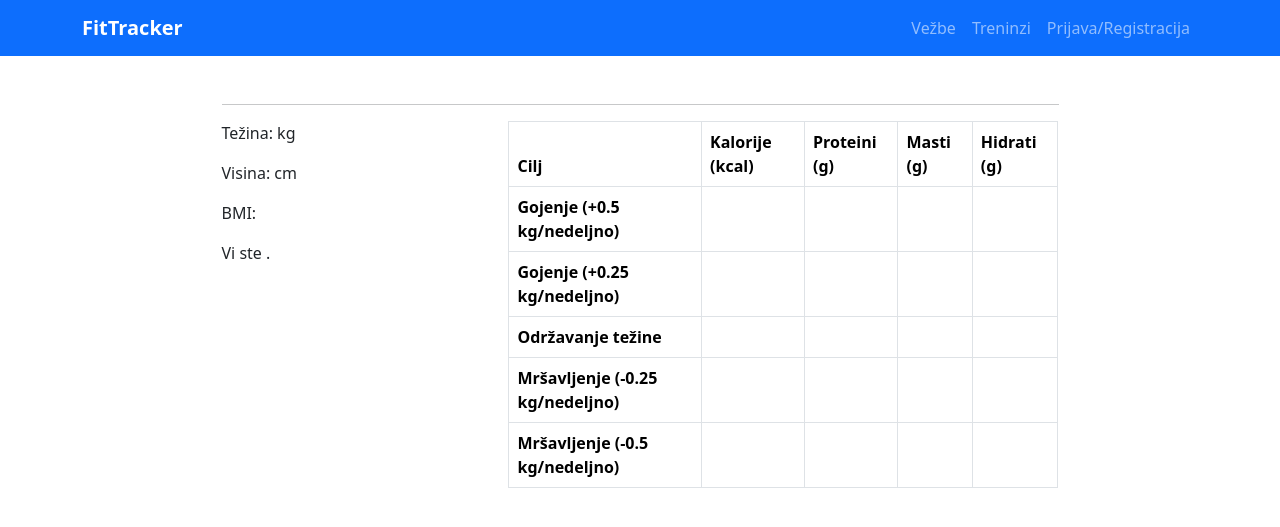
Repository: M1K1B/FitTracker
Page: http://localhost/FitTrackerWeb/profil.jsp
An editor plug-in stored every save of this project. The page is shown before and after a run of saves, followed by the edit.
The browser window is 1280 px wide. The pictures show the whole page.
The page is served by Tomcat 9. Other server files are loaded and not shown. The template is opened directly, without the code that normally fills it, so the values that code supplies are empty.

Above is the page before, as saved 2024-02-02 11:26:35.

### FitTrackerWeb/src/main/webapp/profil.jsp
<%@ page language="java" contentType="text/html; charset=UTF-8"
	pageEncoding="UTF-8"%>
<%@ taglib prefix="c" uri="http://java.sun.com/jsp/jstl/core"%>
<%@ taglib prefix="fn" uri="http://java.sun.com/jsp/jstl/functions"%>

<!DOCTYPE html>
<html>
<head>
<meta charset="UTF-8">
<meta name="viewport"
	content="width=device-width, initial-scale=1, shrink-to-fit=no">
<!-- Bootstrap CSS - Include the CSS file or use a CDN link -->
<link
	href="https://cdn.jsdelivr.net/npm/bootstrap@5.3.2/dist/css/bootstrap.min.css"
	rel="stylesheet"
	integrity="sha384-T3c6CoIi6uLrA9TneNEoa7RxnatzjcDSCmG1MXxSR1GAsXEV/Dwwykc2MPK8M2HN"
	crossorigin="anonymous">

<style>
.card {
	text-decoration: none;
}

.card:hover {
	background-color: #fafafa;
	cursor: pointer;
}
</style>
</head>
<body>
	<%@include file="header.jsp"%>

	<div class="container mt-5">
		<div class="col-9 mx-auto">
			<h3 class="h3">${ korisnik.ime } ${ korisnik.prezime }</h3>
			<p>${ korisnik.email }</p>
			<hr>
			<div class="row">
				<div class="col-4">
					<p>Težina: ${ korisnik.tezina } kg</p>
					<p>Visina: ${ korisnik.visina } cm</p>
					<p>BMI: ${ korisnik.bmi }</p>
					<p>Vi ste <span class="text-decoration-underline">${ korisnik.status }</span>.</p>
				</div>
				<div class="col-8">

					<table class="table table-bordered">
						<thead>
							<tr>
								<th scope="col">Cilj</th>
								<th scope="col">Kalorije (kcal)</th>
								<th scope="col">Proteini (g)</th>
								<th scope="col">Masti (g)</th>
								<th scope="col">Hidrati (g)</th>
							</tr>
						</thead>
						<tbody>
							<tr>
								<th scope="row">Gojenje (+0.5 kg/nedeljno)</th>
								<td>${ korisnik.macros[0][0] }</td>
								<td>${ korisnik.macros[0][1] }</td>
								<td>${ korisnik.macros[0][2] }</td>
								<td>${ korisnik.macros[0][3] }</td>
							</tr>
							<tr>
								<th scope="row">Gojenje (+0.25 kg/nedeljno)</th>
								<td>${ korisnik.macros[1][0] }</td>
								<td>${ korisnik.macros[1][1] }</td>
								<td>${ korisnik.macros[1][2] }</td>
								<td>${ korisnik.macros[1][3] }</td>
							</tr>
							<tr>
								<th scope="row">Održavanje težine</th>
								<td>${ korisnik.macros[2][0] }</td>
								<td>${ korisnik.macros[2][1] }</td>
								<td>${ korisnik.macros[2][2] }</td>
								<td>${ korisnik.macros[2][3] }</td>
							</tr>
							<tr>
								<th scope="row">Mršavljenje (-0.25 kg/nedeljno)</th>
								<td>${ korisnik.macros[3][0] }</td>
								<td>${ korisnik.macros[3][1] }</td>
								<td>${ korisnik.macros[3][2] }</td>
								<td>${ korisnik.macros[3][3] }</td>
							</tr>
							<tr>
								<th scope="row">Mršavljenje (-0.5 kg/nedeljno)</th>
								<td>${ korisnik.macros[4][0] }</td>
								<td>${ korisnik.macros[4][1] }</td>
								<td>${ korisnik.macros[4][2] }</td>
								<td>${ korisnik.macros[4][3] }</td>
							</tr>
						</tbody>
					</table>
				</div>
			</div>

		</div>
	</div>

	<!-- Your Content Goes Here -->
	<script
		src="https://cdn.jsdelivr.net/npm/bootstrap@5.3.2/dist/js/bootstrap.bundle.min.js"
		integrity="sha384-C6RzsynM9kWDrMNeT87bh95OGNyZPhcTNXj1NW7RuBCsyN/o0jlpcV8Qyq46cDfL"
		crossorigin="anonymous"></script>
</body>
</html>

### FitTrackerWeb/src/main/webapp/header.jsp
<%@ page language="java" contentType="text/html; charset=UTF-8"
	pageEncoding="UTF-8"%>
<!DOCTYPE html>
<html>
<head>
<meta charset="UTF-8">
<meta name="viewport"
	content="width=device-width, initial-scale=1, shrink-to-fit=no">
<!-- Bootstrap CSS - Include the CSS file or use a CDN link -->
<link
	href="https://cdn.jsdelivr.net/npm/bootstrap@5.3.2/dist/css/bootstrap.min.css"
	rel="stylesheet"
	integrity="sha384-T3c6CoIi6uLrA9TneNEoa7RxnatzjcDSCmG1MXxSR1GAsXEV/Dwwykc2MPK8M2HN"
	crossorigin="anonymous">
</head>
<body>

	<!-- Bootstrap Navbar -->
	<nav class="navbar navbar-dark navbar-expand-lg bg-primary">
		<div class="container">
			<a class="navbar-brand" href="#"><strong>FitTracker</strong></a>
			<button class="navbar-toggler" type="button"
				data-bs-toggle="collapse" data-bs-target="#navbarSupportedContent"
				aria-controls="navbarSupportedContent" aria-expanded="false"
				aria-label="Toggle navigation">
				<span class="navbar-toggler-icon"></span>
			</button>
			<div class="collapse navbar-collapse" id="navbarSupportedContent">
				<ul class="navbar-nav ms-auto mb-2 mb-lg-0">
					<li class="nav-item"><a class="nav-link"
						aria-current="page" href="/FitTracker/vezbe/sveVezbe">Vežbe</a></li>
					<li class="nav-item"><a class="nav-link"
						href="/FitTracker/treninzi/sviTreninzi">Treninzi</a></li>
					<c:if test="${pageContext.request.userPrincipal.name == null}">
					<li class="nav-item"><a class="nav-link"
						href="/FitTracker/login">Prijava/Registracija</a></li>

					</c:if>
					<c:if test="${pageContext.request.userPrincipal.name != null}">
						<li class="nav-item dropdown">
					<a
						class="nav-link dropdown-toggle" href="#" role="button"
						data-bs-toggle="dropdown" aria-expanded="false">

						${ pageContext.request.userPrincipal.name }
					</a>
						<ul class="dropdown-menu">
							<li><a class="dropdown-item"
								href="/FitTracker/profil">Moj profil</a></li>
							<li><hr class="dropdown-divider"></li>
							<li><a class="dropdown-item text-danger"
								href="/FitTracker/logout">Izlogujte se</a></li>
						</ul></li>
					</c:if>

			</div>
		</div>
	</nav>

	<!-- Your Content Goes Here -->
	<!-- <script src="https://cdn.jsdelivr.net/npm/bootstrap@5.3.2/dist/js/bootstrap.bundle.min.js" integrity="sha384-C6RzsynM9kWDrMNeT87bh95OGNyZPhcTNXj1NW7RuBCsyN/o0jlpcV8Qyq46cDfL" crossorigin="anonymous"></script> -->
</body>
</html>

After the next 2 saves:
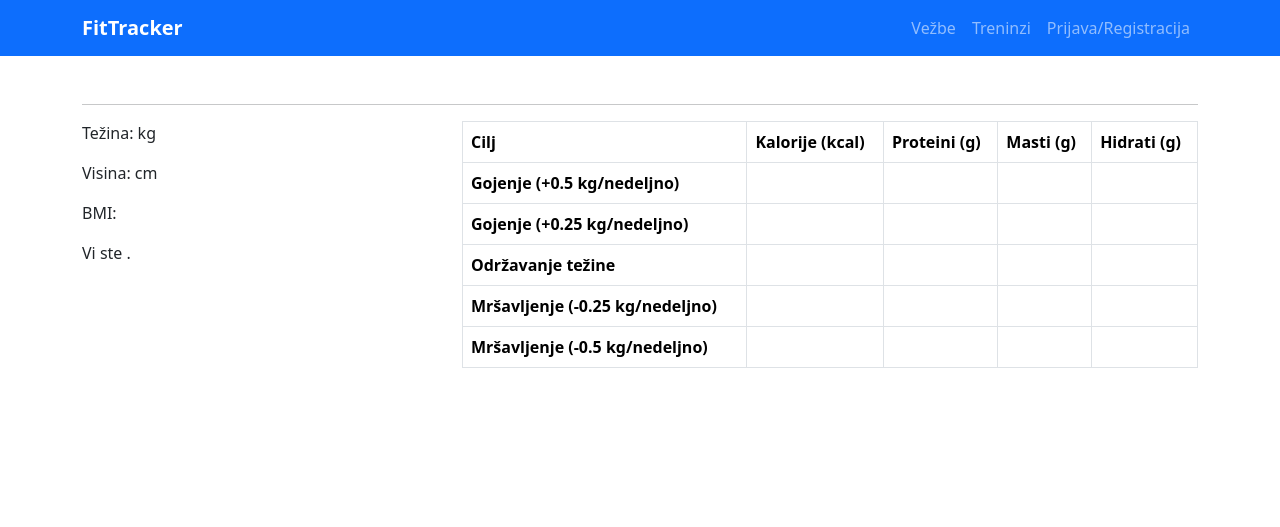
The 2 saves are shown as one change because they came seconds apart.
The last was saved 11 s later.
--- a/FitTrackerWeb/src/main/webapp/profil.jsp
+++ b/FitTrackerWeb/src/main/webapp/profil.jsp
@@ -31,7 +31,7 @@
 	<%@include file="header.jsp"%>
 
 	<div class="container mt-5">
-		<div class="col-9 mx-auto">
+		<div class="col-12 mx-auto">
 			<h3 class="h3">${ korisnik.ime } ${ korisnik.prezime }</h3>
 			<p>${ korisnik.email }</p>
 			<hr>
